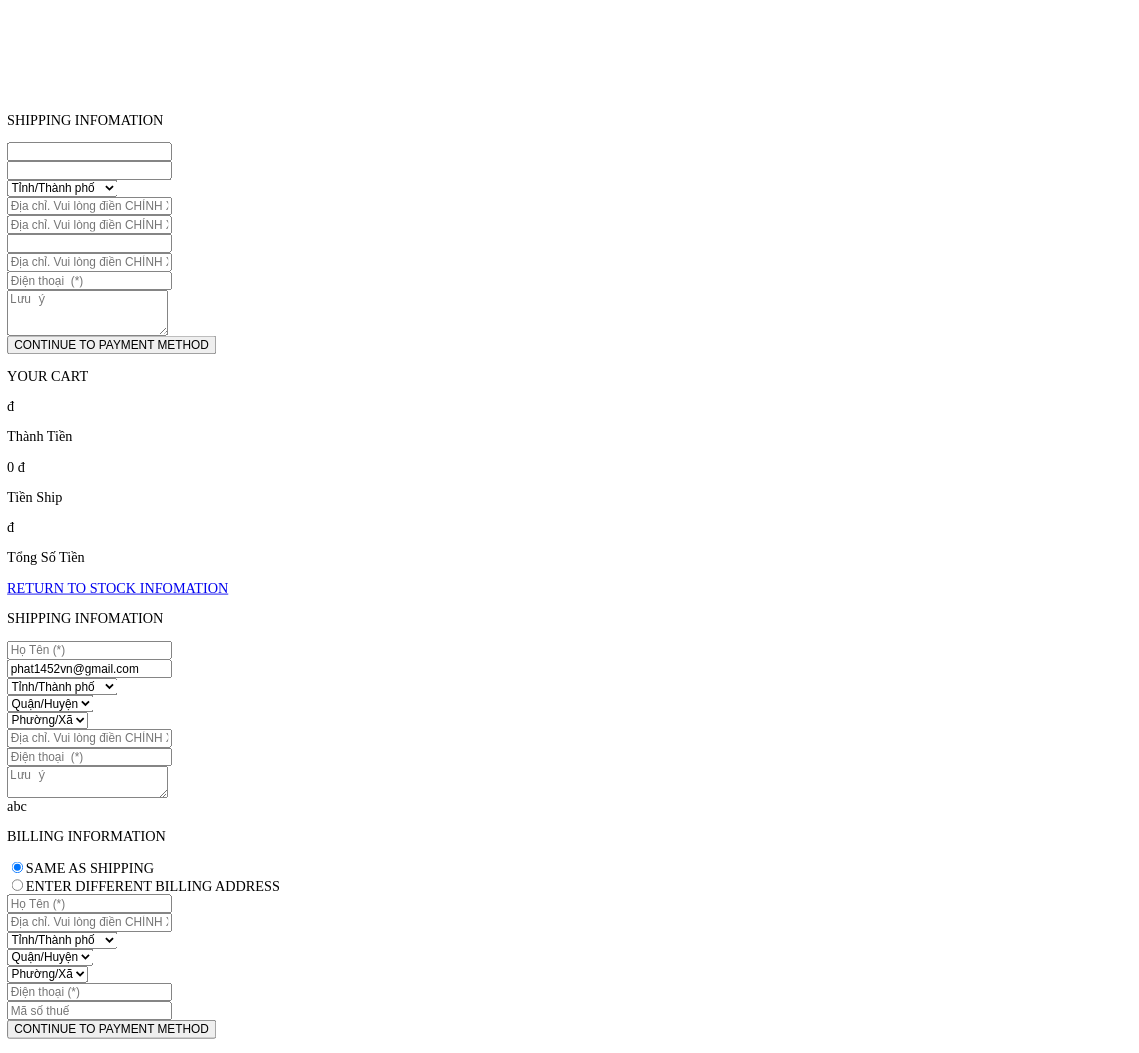
Repository: nguyengiabao245/NHOM3_C2
Page: http://localhost/DoAnJava/WEB-INF/views/order/checkout.jsp
The author's editor kept a copy of each file at every save. The page is drawn from the files as they stood at one save, then again after the next save.
The browser window is 1280 px wide. The pictures show the whole page, at 89% of full size.
The page is served by Tomcat 9. Nobody is signed in. The template is opened directly, without the code that normally fills it, so the values that code supplies are empty.

Above is the page before, as saved 2022-05-15 12:02:18.

### DoAnJava/src/main/webapp/WEB-INF/views/order/checkout.jsp
<%@ page pageEncoding="utf-8"%>
<%@ taglib uri="http://www.springframework.org/tags/form" prefix="form"%>
<%@ taglib uri="http://java.sun.com/jstl/core_rt" prefix="c"%>
<%@ taglib uri="http://java.sun.com/jstl/fmt_rt" prefix="f"%>

<c:set var="cart" value="${sessionScope['scopedTarget.cartService']}" />

<br />
<div id="container" style="margin-top: 100px">
	<div class="container detail wrap-checkout">
		<div class="checkout__inner clearfix">
			<form:form action="/order/checkout" method="post">
				<div class="checkout__infor">
					<div class="checkout__infor__shipping step-checkout">
						<div class="checkout__infor__user__shipping">
							<p class="font-700 mgB-20 fs-24 mgT-20">SHIPPING INFOMATION</p>


							<form:form action="/order/checkout" modelAttribute="order"
								method="post">
								<div class="frm-item">
									<form:input path="user.fullname" class="form-control" readonly="true" />
								</div>
								<div class="frm-item">
									<form:input path="user.id" class="form-control" readonly="true" />
								</div>
								<div class="frm-item same-city">
										<select class="select-city" data-child="district"
									name="shipping_city_id"><option value="0">Tỉnh/Thành
										phố</option>
									<option value="1">Hồ Chí Minh</option>
									<option value="2">Hà Nội</option>
									<option value="3">Bình Dương</option>
									<option value="4">Đà Nẵng</option>
									<option value="5">Hải Phòng</option>
									<option value="6">Long An</option>
									<option value="7">Bà Rịa Vũng Tàu</option>
									<option value="8">An Giang</option>
									<option value="9">Bắc Giang</option>
									<option value="10">Bắc Kạn</option>
									<option value="11">Bạc Liêu</option>
									<option value="12">Bắc Ninh</option>
									<option value="13">Bến Tre</option>
									<option value="14">Bình Định</option>
									<option value="15">Bình Phước</option>
									<option value="16">Bình Thuận</option>
									<option value="17">Cà Mau</option>
									<option value="18">Cần Thơ</option>
									<option value="19">Cao Bằng</option>
									<option value="20">Đắk Lắk</option>
									<option value="21">Đắk Nông</option>
									<option value="22">Điện Biên</option>
									<option value="23">Đồng Nai</option>
									<option value="24">Đồng Tháp</option>
									<option value="25">Gia Lai</option>
									<option value="26">Hà Giang</option>
									<option value="27">Hà Nam</option>
									<option value="28">Hà Tĩnh</option>
									<option value="29">Hải Dương</option>
									<option value="30">Hậu Giang</option>
									<option value="31">Hòa Bình</option>
									<option value="32">Hưng Yên</option>
									<option value="33">Khánh Hòa</option>
									<option value="34">Kiên Giang</option>
									<option value="35">Kon Tum</option>
									<option value="36">Lai Châu</option>
									<option value="37">Lâm Đồng</option>
									<option value="38">Lạng Sơn</option>
									<option value="39">Lào Cai</option>
									<option value="40">Nam Định</option>
									<option value="41">Nghệ An</option>
									<option value="42">Ninh Bình</option>
									<option value="43">Ninh Thuận</option>
									<option value="44">Phú Thọ</option>
									<option value="45">Phú Yên</option>
									<option value="46">Quảng Bình</option>
									<option value="47">Quảng Nam</option>
									<option value="48">Quảng Ngãi</option>
									<option value="49">Quảng Ninh</option>
									<option value="50">Quảng Trị</option>
									<option value="51">Sóc Trăng</option>
									<option value="52">Sơn La</option>
									<option value="53">Tây Ninh</option>
									<option value="54">Thái Bình</option>
									<option value="55">Thái Nguyên</option>
									<option value="56">Thanh Hóa</option>
									<option value="57">Thừa Thiên Huế</option>
									<option value="58">Tiền Giang</option>
									<option value="59">Trà Vinh</option>
									<option value="60">Tuyên Quang</option>
									<option value="61">Vĩnh Long</option>
									<option value="62">Vĩnh Phúc</option>
									<option value="63">Yên Bái</option></select>
								</div>
								<div class="frm-item">
									<form:input path="address" class="form-control"
										placeholder="Địa chỉ. Vui lòng điền CHÍNH XÁC 'tầng, số nhà, đường'.  (*)" />
								</div>
								<div class="frm-item">
									<form:input path="address" class="form-control"
										placeholder="Địa chỉ. Vui lòng điền CHÍNH XÁC 'tầng, số nhà, đường'.  (*)" />
								</div>
								<div class="frm-item">
									<form:input path="orderDate" class="form-control" />
								</div>
								<div class="frm-item">
									<form:input path="address" class="form-control"
										placeholder="Địa chỉ. Vui lòng điền CHÍNH XÁC 'tầng, số nhà, đường'.  (*)" />
								</div>
								<div class="frm-item">
									<form:input path="telephone" class="form-control"
										placeholder="Điện thoại  (*)" />
								</div>

								<div class="frm-item">

									<form:hidden path="status" class="form-control" />
								</div>
								<div class="frm-item">
									<form:textarea path="description" rows="3" class="form-control"
										placeholder="Lưu ý" />
								</div>
								<div class="text-center mgT-30">
									<button class="btn__conti--pay">CONTINUE TO PAYMENT
										METHOD</button>

								</div>

							</form:form>
						</div>

					</div>
				</div>
				<div class="checkout__inforpro">
					<p class="font-700 mgB-30 text-center fs-17">YOUR CART</p>
					<c:forEach var="p"
						items="${sessionScope['scopedTarget.cartService'].items}">

						<div class="clearfix checkout__inforpro-detail 23323">
							<div class="font-600 fs-14 mgB-10">
								<a href="/product/detail/${p.id}"> ${p.name} </a>
							</div>

							<div class="font-600 fs-11 justifyAround mgB-5">
								<em>SIZE:</em>
								<div>6.5W US</div>
							</div>
							<div class="up__down--qty font-600 fs-11 justifyAround">
								<em>QTY:</em>
								<div>

									<span class="qty__val">${p.quantity}</span> <input
										name="quantity_select" class="quantity_select" type="hidden"
										value="1">
								</div>
							</div>
							<div class="font-600 fs-11 justifyAround mgB-5">
								<em>Thành Tiền:</em>
								<div>
									đ
									<f:formatNumber value="${p.quantity * p.unitPrice}"
										pattern="#,###" />
								</div>
							</div>
							<div class="font-600 fs-11 justifyAround mgB-5">
								<em>Giá Đã Giảm:</em>
								<div>
									đ
									<f:formatNumber value="${p.unitPrice * (1 - p.discount)}"
										pattern="#,###" />
								</div>
							</div>
							<div class="promoCode">
								<a href="" class="removeCoupon hide"><span
									class="icon-uniF335"></span></a>
								<div class="frm-item">
									<input type="text" placeholder="PROMO CODE"
										name="coupon_code[37473]" value="">
									<div class="error">Mã Khuyến Mãi không phù hợp</div>
								</div>
								<div class="btnApply">
									<button>APPLY</button>
								</div>
							</div>
						</div>
					</c:forEach>
					<div class="clearfix mgB-10">
						<p class="pull-right font-600 fs-12">
							đ
							<f:formatNumber value="${cart.amount}" pattern="#,###" />
						</p>
						<p class="font-600 fs-12">Thành Tiền</p>
					</div>

					<div class="clearfix mgB-10">
						<p class="pull-right font-700 fs-12">0 đ</p>
						<p class="font-700 fs-12">Tiền Ship</p>
					</div>
					<div class="clearfix mgB-40">
						<p class="pull-right font-700 fs-17">
							đ
							<f:formatNumber value="${cart.amount}" pattern="#,###" />
						</p>
						<p class="font-700 fs-17">Tổng Số Tiền</p>
					</div>
					<div class="backLink">
						<a href="/home"><span class="glyphicon glyphicon-menu-left"></span>RETURN
							TO STOCK INFOMATION</a>
					</div>

				</div>
			</form:form>
		</div>
	</div>
</div>


<div id="container">
	<div class="container detail wrap-checkout">
		<div class="checkout__inner clearfix">
			<form action="https://www.glab.vn/order/checkout/step2" method="post">
				<input type="hidden" name="_token"
					value="xzCqNfcC2Q0GvOK0ZmysHSUba4oxn7xKgy9cQJ0A">
				<div class="checkout__infor">
					<div class="checkout__infor__shipping step-checkout">
						<div class="checkout__infor__user__shipping">
							<p class="font-700 mgB-20 fs-24 mgT-20">SHIPPING INFOMATION</p>

							<div class="frm-item">
								<input name="shipping_name" placeholder="Họ Tên (*)"
									class="form-control" type="text" value="">
							</div>
							<div class="frm-item">
								<input name="email" placeholder="Email" class="form-control"
									type="text" value="phat1452vn@gmail.com">
							</div>
							<div class="frm-item same-city">
								<select class="select-city" data-child="district"
									name="shipping_city_id"><option value="0">Tỉnh/Thành
										phố</option>
									<option value="1">Hồ Chí Minh</option>
									<option value="2">Hà Nội</option>
									<option value="3">Bình Dương</option>
									<option value="4">Đà Nẵng</option>
									<option value="5">Hải Phòng</option>
									<option value="6">Long An</option>
									<option value="7">Bà Rịa Vũng Tàu</option>
									<option value="8">An Giang</option>
									<option value="9">Bắc Giang</option>
									<option value="10">Bắc Kạn</option>
									<option value="11">Bạc Liêu</option>
									<option value="12">Bắc Ninh</option>
									<option value="13">Bến Tre</option>
									<option value="14">Bình Định</option>
									<option value="15">Bình Phước</option>
									<option value="16">Bình Thuận</option>
									<option value="17">Cà Mau</option>
									<option value="18">Cần Thơ</option>
									<option value="19">Cao Bằng</option>
									<option value="20">Đắk Lắk</option>
									<option value="21">Đắk Nông</option>
									<option value="22">Điện Biên</option>
									<option value="23">Đồng Nai</option>
									<option value="24">Đồng Tháp</option>
									<option value="25">Gia Lai</option>
									<option value="26">Hà Giang</option>
									<option value="27">Hà Nam</option>
									<option value="28">Hà Tĩnh</option>
									<option value="29">Hải Dương</option>
									<option value="30">Hậu Giang</option>
									<option value="31">Hòa Bình</option>
									<option value="32">Hưng Yên</option>
									<option value="33">Khánh Hòa</option>
									<option value="34">Kiên Giang</option>
									<option value="35">Kon Tum</option>
									<option value="36">Lai Châu</option>
									<option value="37">Lâm Đồng</option>
									<option value="38">Lạng Sơn</option>
									<option value="39">Lào Cai</option>
									<option value="40">Nam Định</option>
									<option value="41">Nghệ An</option>
									<option value="42">Ninh Bình</option>
									<option value="43">Ninh Thuận</option>
									<option value="44">Phú Thọ</option>
									<option value="45">Phú Yên</option>
									<option value="46">Quảng Bình</option>
									<option value="47">Quảng Nam</option>
									<option value="48">Quảng Ngãi</option>
									<option value="49">Quảng Ninh</option>
									<option value="50">Quảng Trị</option>
									<option value="51">Sóc Trăng</option>
									<option value="52">Sơn La</option>
									<option value="53">Tây Ninh</option>
									<option value="54">Thái Bình</option>
									<option value="55">Thái Nguyên</option>
									<option value="56">Thanh Hóa</option>
									<option value="57">Thừa Thiên Huế</option>
									<option value="58">Tiền Giang</option>
									<option value="59">Trà Vinh</option>
									<option value="60">Tuyên Quang</option>
									<option value="61">Vĩnh Long</option>
									<option value="62">Vĩnh Phúc</option>
									<option value="63">Yên Bái</option></select>
							</div>
							<div class="frm-item same-district">
								<select class="select-district" data-child="ward"
									name="shipping_district_id"><option value="0">Quận/Huyện</option></select>
							</div>
							<div class="frm-item same-ward">
								<select class="select-ward" name="shipping_ward_id"><option
										value="0">Phường/Xã</option></select>
							</div>
							<div class="frm-item">
								<input name="shipping_address"
									placeholder="Địa chỉ. Vui lòng điền CHÍNH XÁC 'tầng, số nhà, đường'.  (*)"
									class="form-control" type="text" value="">
							</div>
							<div class="frm-item">
								<input name="shipping_phone" placeholder="Điện thoại  (*)"
									class="form-control" type="number" value="">
							</div>
							<div class="frm-item">
								<textarea class="form-control" name="comment"
									placeholder="Lưu ý"></textarea>
								<div class="error">abc</div>
							</div>
						</div>

						<div class="checkout__infor__user__billing hide">
							<p class="font-700 mgB-20 fs-24 mgT-40">BILLING INFORMATION</p>
							<div class="row mgB-20">
								<div class="col-sm-6">
									<label for="" class="frm"> <input type="radio"
										name="chk-same-info" checked value="1">SAME AS
										SHIPPING
									</label>
								</div>
								<div class="col-sm-6">
									<label for="" class="frm"> <input type="radio"
										name="chk-same-info" value="0">ENTER DIFFERENT BILLING
										ADDRESS
									</label>
								</div>
							</div>
							<div class="frm-item">
								<input name="billing_name" placeholder="Họ Tên (*)"
									class="form-control" type="text" value="">
							</div>
							<div class="frm-item">
								<input name="billing_address"
									placeholder="Địa chỉ. Vui lòng điền CHÍNH XÁC 'tầng, số nhà, đường'. (*)"
									class="form-control" type="text" value="">
							</div>
							<div class="frm-item same-city">
								<select class="select-city" data-child="district"
									name="billing_city_id"><option value="0">Tỉnh/Thành
										phố</option>
									<option value="1">Hồ Chí Minh</option>
									<option value="2">Hà Nội</option>
									<option value="3">Bình Dương</option>
									<option value="4">Đà Nẵng</option>
									<option value="5">Hải Phòng</option>
									<option value="6">Long An</option>
									<option value="7">Bà Rịa Vũng Tàu</option>
									<option value="8">An Giang</option>
									<option value="9">Bắc Giang</option>
									<option value="10">Bắc Kạn</option>
									<option value="11">Bạc Liêu</option>
									<option value="12">Bắc Ninh</option>
									<option value="13">Bến Tre</option>
									<option value="14">Bình Định</option>
									<option value="15">Bình Phước</option>
									<option value="16">Bình Thuận</option>
									<option value="17">Cà Mau</option>
									<option value="18">Cần Thơ</option>
									<option value="19">Cao Bằng</option>
									<option value="20">Đắk Lắk</option>
									<option value="21">Đắk Nông</option>
									<option value="22">Điện Biên</option>
									<option value="23">Đồng Nai</option>
									<option value="24">Đồng Tháp</option>
									<option value="25">Gia Lai</option>
									<option value="26">Hà Giang</option>
									<option value="27">Hà Nam</option>
									<option value="28">Hà Tĩnh</option>
									<option value="29">Hải Dương</option>
									<option value="30">Hậu Giang</option>
									<option value="31">Hòa Bình</option>
									<option value="32">Hưng Yên</option>
									<option value="33">Khánh Hòa</option>
									<option value="34">Kiên Giang</option>
									<option value="35">Kon Tum</option>
									<option value="36">Lai Châu</option>
									<option value="37">Lâm Đồng</option>
									<option value="38">Lạng Sơn</option>
									<option value="39">Lào Cai</option>
									<option value="40">Nam Định</option>
									<option value="41">Nghệ An</option>
									<option value="42">Ninh Bình</option>
									<option value="43">Ninh Thuận</option>
									<option value="44">Phú Thọ</option>
									<option value="45">Phú Yên</option>
									<option value="46">Quảng Bình</option>
									<option value="47">Quảng Nam</option>
									<option value="48">Quảng Ngãi</option>
									<option value="49">Quảng Ninh</option>
									<option value="50">Quảng Trị</option>
									<option value="51">Sóc Trăng</option>
									<option value="52">Sơn La</option>
									<option value="53">Tây Ninh</option>
									<option value="54">Thái Bình</option>
									<option value="55">Thái Nguyên</option>
									<option value="56">Thanh Hóa</option>
									<option value="57">Thừa Thiên Huế</option>
									<option value="58">Tiền Giang</option>
									<option value="59">Trà Vinh</option>
									<option value="60">Tuyên Quang</option>
									<option value="61">Vĩnh Long</option>
									<option value="62">Vĩnh Phúc</option>
									<option value="63">Yên Bái</option></select>
							</div>
							<div class="frm-item same-district">
								<select class="select-district" data-child="ward"
									name="billing_district_id"><option value="0">Quận/Huyện</option></select>
							</div>
							<div class="frm-item same-ward">
								<select class="select-ward" name="billing_ward_id"><option
										value="0">Phường/Xã</option></select>
							</div>
							<div class="frm-item">
								<input name="billing_phone" placeholder="Điện thoại (*)"
									class="form-control" type="number" value="">
							</div>
							<div class="frm-item">
								<input name="billing_tax_code" placeholder="Mã số thuế"
									class="form-control" type="text" value="">
							</div>
						</div>
						<div class="text-center mgT-30">
							<button class="btn__conti--pay">CONTINUE TO PAYMENT
								METHOD</button>
						</div>
					</div>
				</div>

			</form>
		</div>
	</div>
</div>

After the next save:
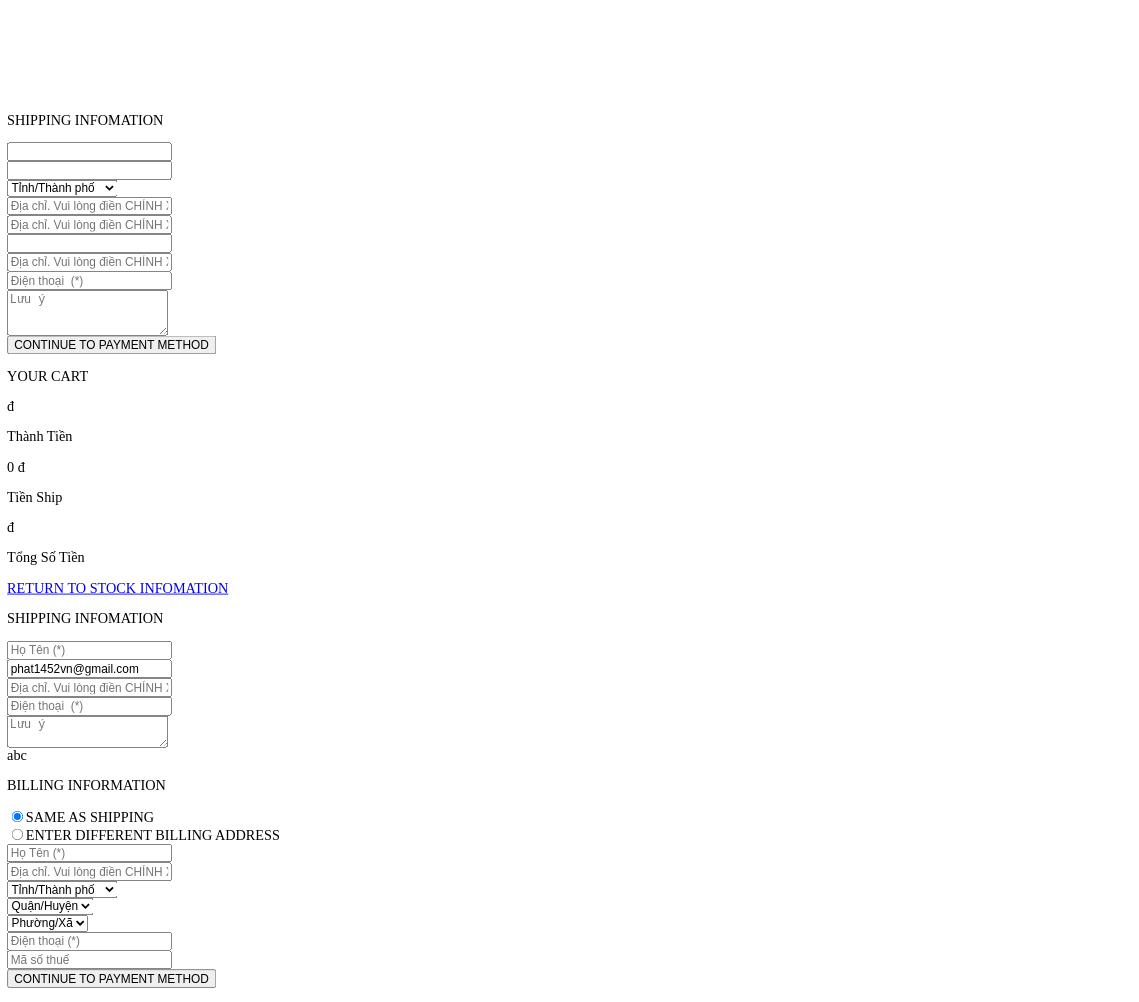
Saved 3 min 6 s later.
--- a/DoAnJava/src/main/webapp/WEB-INF/views/order/checkout.jsp
+++ b/DoAnJava/src/main/webapp/WEB-INF/views/order/checkout.jsp
@@ -234,82 +234,7 @@
 								<input name="email" placeholder="Email" class="form-control"
 									type="text" value="phat1452vn@gmail.com">
 							</div>
-							<div class="frm-item same-city">
-								<select class="select-city" data-child="district"
-									name="shipping_city_id"><option value="0">Tỉnh/Thành
-										phố</option>
-									<option value="1">Hồ Chí Minh</option>
-									<option value="2">Hà Nội</option>
-									<option value="3">Bình Dương</option>
-									<option value="4">Đà Nẵng</option>
-									<option value="5">Hải Phòng</option>
-									<option value="6">Long An</option>
-									<option value="7">Bà Rịa Vũng Tàu</option>
-									<option value="8">An Giang</option>
-									<option value="9">Bắc Giang</option>
-									<option value="10">Bắc Kạn</option>
-									<option value="11">Bạc Liêu</option>
-									<option value="12">Bắc Ninh</option>
-									<option value="13">Bến Tre</option>
-									<option value="14">Bình Định</option>
-									<option value="15">Bình Phước</option>
-									<option value="16">Bình Thuận</option>
-									<option value="17">Cà Mau</option>
-									<option value="18">Cần Thơ</option>
-									<option value="19">Cao Bằng</option>
-									<option value="20">Đắk Lắk</option>
-									<option value="21">Đắk Nông</option>
-									<option value="22">Điện Biên</option>
-									<option value="23">Đồng Nai</option>
-									<option value="24">Đồng Tháp</option>
-									<option value="25">Gia Lai</option>
-									<option value="26">Hà Giang</option>
-									<option value="27">Hà Nam</option>
-									<option value="28">Hà Tĩnh</option>
-									<option value="29">Hải Dương</option>
-									<option value="30">Hậu Giang</option>
-									<option value="31">Hòa Bình</option>
-									<option value="32">Hưng Yên</option>
-									<option value="33">Khánh Hòa</option>
-									<option value="34">Kiên Giang</option>
-									<option value="35">Kon Tum</option>
-									<option value="36">Lai Châu</option>
-									<option value="37">Lâm Đồng</option>
-									<option value="38">Lạng Sơn</option>
-									<option value="39">Lào Cai</option>
-									<option value="40">Nam Định</option>
-									<option value="41">Nghệ An</option>
-									<option value="42">Ninh Bình</option>
-									<option value="43">Ninh Thuận</option>
-									<option value="44">Phú Thọ</option>
-									<option value="45">Phú Yên</option>
-									<option value="46">Quảng Bình</option>
-									<option value="47">Quảng Nam</option>
-									<option value="48">Quảng Ngãi</option>
-									<option value="49">Quảng Ninh</option>
-									<option value="50">Quảng Trị</option>
-									<option value="51">Sóc Trăng</option>
-									<option value="52">Sơn La</option>
-									<option value="53">Tây Ninh</option>
-									<option value="54">Thái Bình</option>
-									<option value="55">Thái Nguyên</option>
-									<option value="56">Thanh Hóa</option>
-									<option value="57">Thừa Thiên Huế</option>
-									<option value="58">Tiền Giang</option>
-									<option value="59">Trà Vinh</option>
-									<option value="60">Tuyên Quang</option>
-									<option value="61">Vĩnh Long</option>
-									<option value="62">Vĩnh Phúc</option>
-									<option value="63">Yên Bái</option></select>
-							</div>
-							<div class="frm-item same-district">
-								<select class="select-district" data-child="ward"
-									name="shipping_district_id"><option value="0">Quận/Huyện</option></select>
-							</div>
-							<div class="frm-item same-ward">
-								<select class="select-ward" name="shipping_ward_id"><option
-										value="0">Phường/Xã</option></select>
-							</div>
+
 							<div class="frm-item">
 								<input name="shipping_address"
 									placeholder="Địa chỉ. Vui lòng điền CHÍNH XÁC 'tầng, số nhà, đường'.  (*)"
